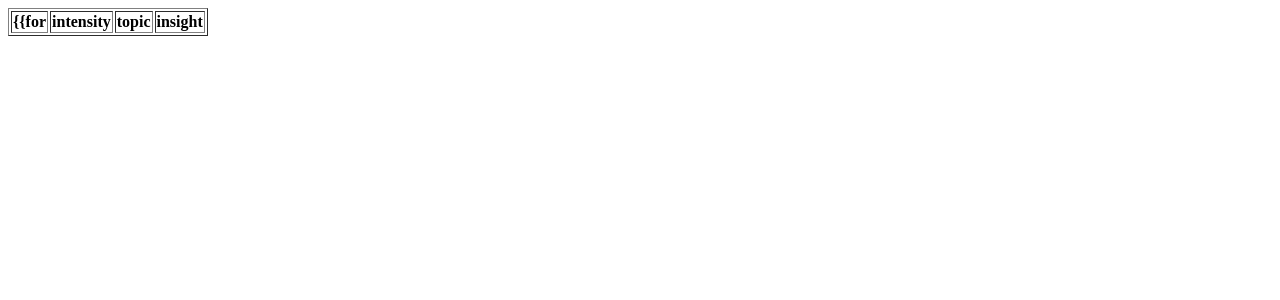
Repository: vijayholve/data-assignment
Page: http://localhost/
The author's editor kept a copy of each file at every save. The page is drawn from the files as they stood at one save, then again after a run of saves.
The browser window is 1280 px wide. The pictures show the whole page.
The page is served by the project's application, run on Django 5.2 (manage.py). Queries for data that is not in the repository find no rows.

Above is the page before, as saved 2024-07-07 21:14:24.

After the next 2 saves:
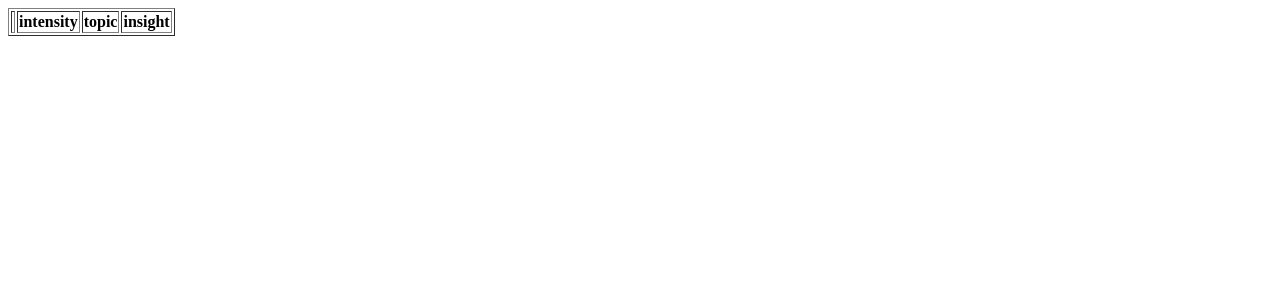
The 2 saves are shown as one change because they came seconds apart.
The last was saved 7 s later.
--- a/templates/base/home.html
+++ b/templates/base/home.html
@@ -3,7 +3,7 @@
      <table border="1">
         <thead>
             <tr>
-                <th>{{for</th>
+                <th>{{forloop.counter}}</th>
                 <th>intensity</th>
                     <th>topic</th>
                         <th>insight</th>
